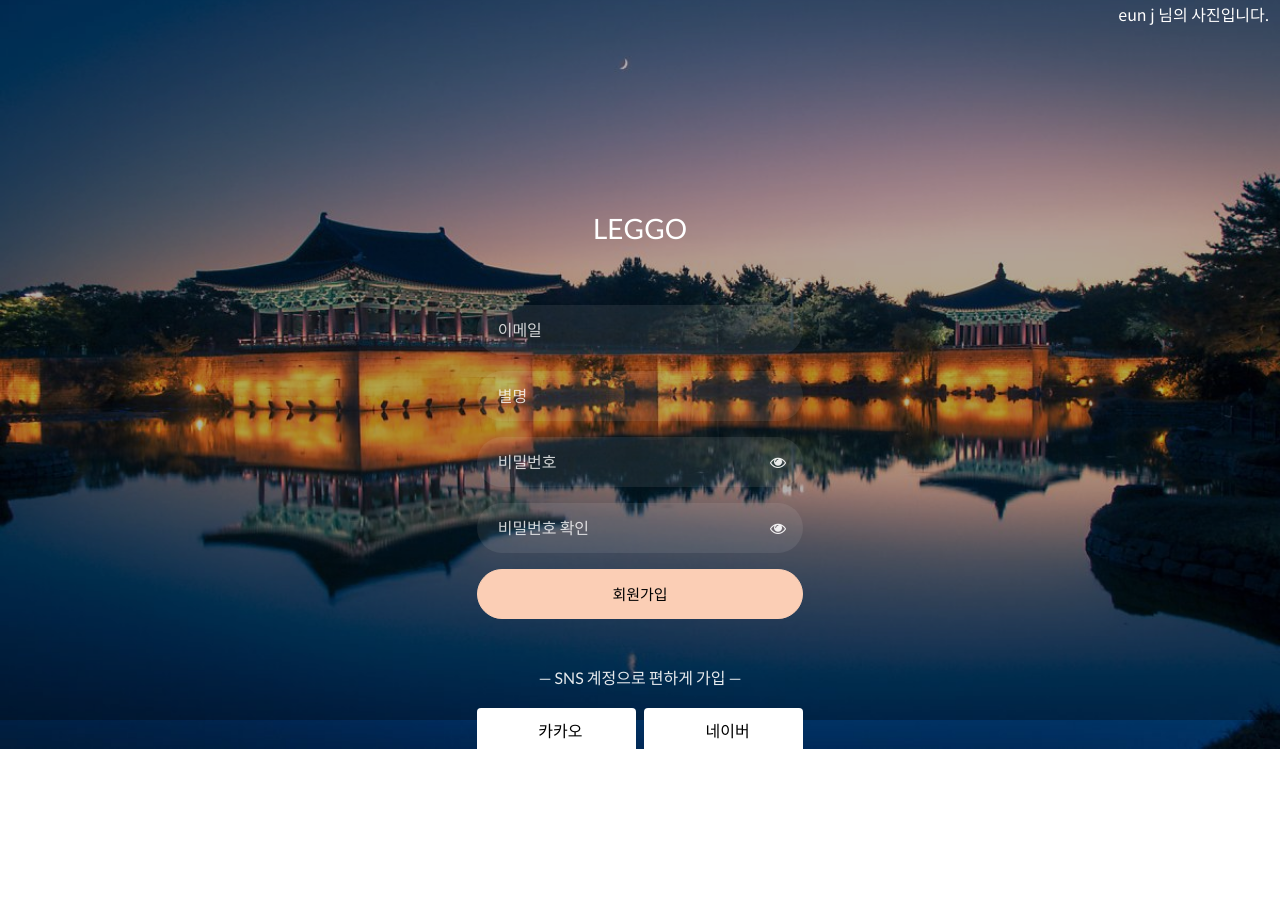
Repository: jangseohyun/LEGGO_2021
Page: http://localhost/PrjApp/Signin.jsp
An editor plug-in stored every save of this project. The page is shown before and after the next save, followed by the edit.
The browser window is 1280 px wide. The pictures show the whole page.
The page is served by Tomcat 9.

Above is the page before, as saved 2021-06-23 11:17:30.

After the next save:
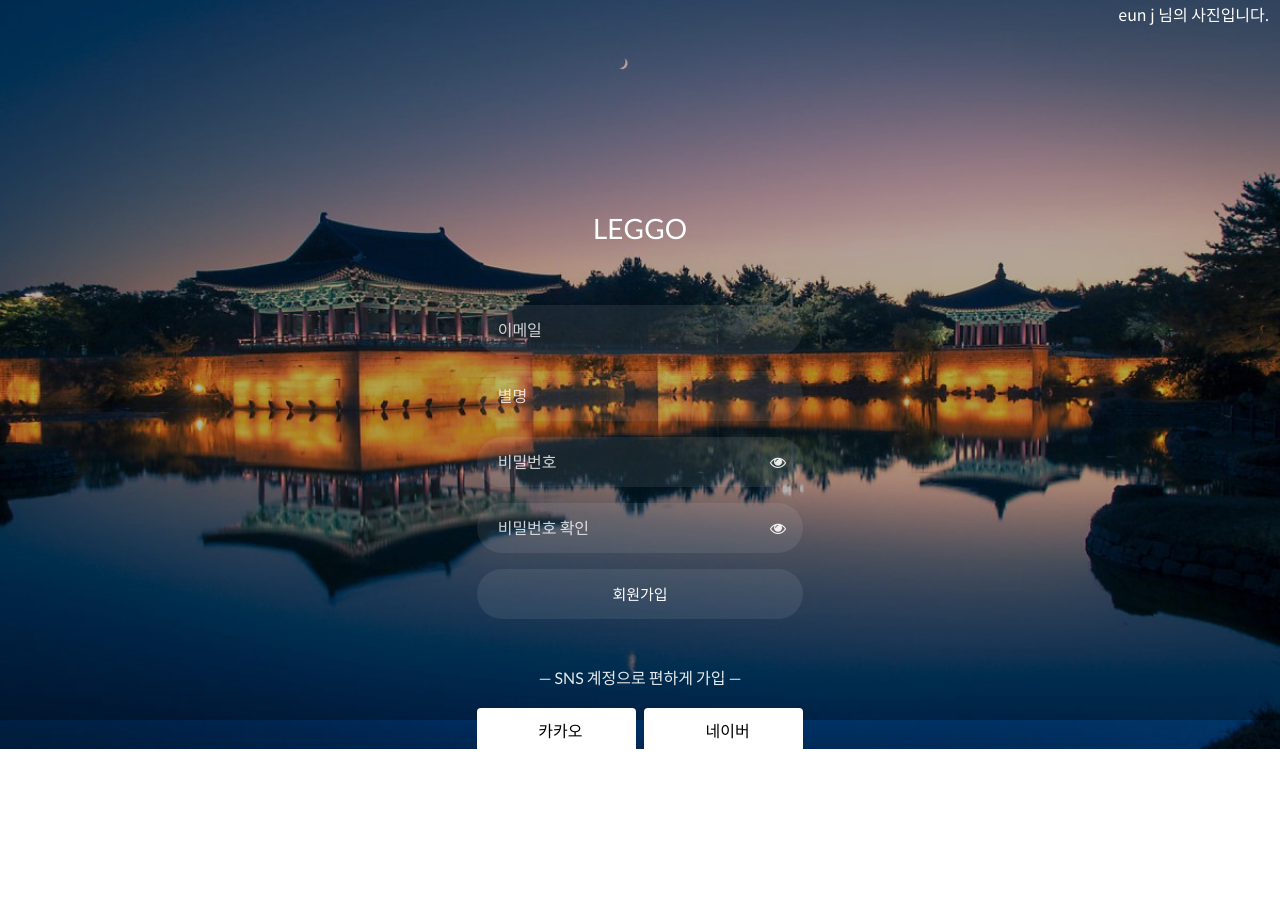
Saved 27 s later.
--- a/PrjApp/WebContent/Signin.jsp
+++ b/PrjApp/WebContent/Signin.jsp
@@ -61,7 +61,7 @@
 							</div>
 							<div class="form-group">
 								<button type="submit"
-									class="form-control btn btn-primary submit px-3">회원가입</button>
+									class="form-control btn2 btn2-primary submit px-3">회원가입</button>
 							</div>
 						</form>
 						<br><p class="w-100 text-center">&mdash; SNS 계정으로 편하게 가입 &mdash;</p>
